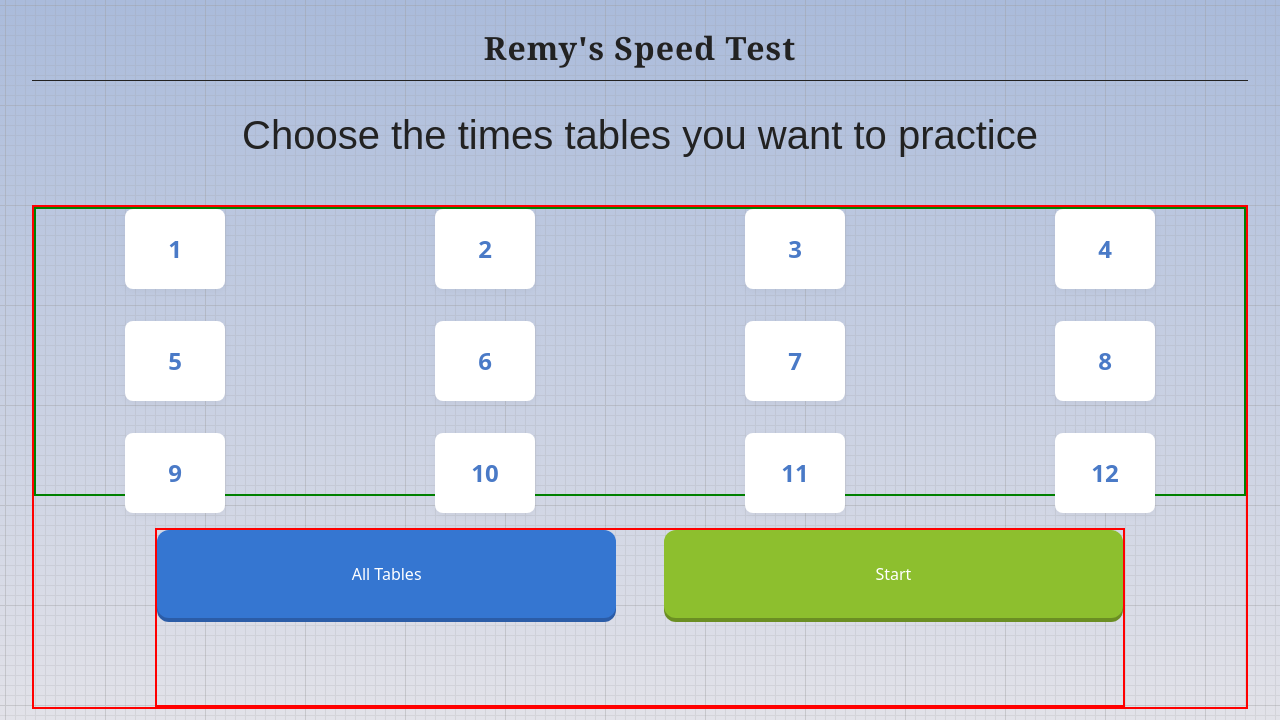
Repository: Chinurum-Omenuko/remys-speed-test
Page: / (app in app/)
These files come from the project's save history. The page is drawn as it stood at one moment and after the next save; the edit follows.
The browser window is 1280 px wide. The pictures show the whole page.
The project was rebuilt for these pictures with package versions that can differ from the ones it lists, and the page was loaded fresh each time. The framework's server and built-in components were replaced by stand-ins that run in the browser. Also part of the build but not shown: app/svelte.config.js, app/vite.config.ts.

Above is the page before, as saved 2025-11-17 21:02:41.

### app/src/routes/+page.svelte

<script lang="ts">
	import { goto } from "$app/navigation";
	import { GameStore } from "../stores/gameStore.svelte";

	let store = GameStore;
	let chosenTables = store.getTables()
	const tables = Array.from({ length: 12 }, (_, i) => i + 1);

	function selectTable(table: number) {
		store.addTables(table)
	}

	function allTables(){
		tables.forEach(table => {
			let index = chosenTables.indexOf(table)
			if(!chosenTables.includes(table)){
				selectTable(table)
				return
			}
			chosenTables.splice(index, 1)
		});
	}


	function start() {
		store.generateQuestions(chosenTables)
		goto("/test")
	}



	function lastResults() {
		alert('Show last results');
	}
</script>
<div class="landing-bg">
	<div style="padding: 1.5rem 2rem 0 2rem;">
		<h1 class="title">Remy's Speed Test</h1>
		<div class="dotted"></div>
		<h2 class="subtitle">Choose the times tables you want to practice</h2>
		<div class="content">
			<div class="tables-grid">
				{#each tables as table}
					<button
						type="button"
						class="table-btn {chosenTables.includes(table) ? 'selected' : ''}"
						on:click={() => {

							selectTable(table)
							}}
						aria-pressed={chosenTables[table] === table}
					>
						{table}
					</button>
				{/each}
			</div>
			<div class="actions">

				{#if chosenTables.length == 12}
					<button class="red-btn btn bg-red-500" on:click={allTables}>Deselect All Tables</button>
				{:else}
					<button class="blue-btn btn" on:click={allTables}>All Tables</button>
				{/if}

				<button class="green-btn btn" on:click={start}>Start</button>
			</div>
		</div>
	</div>
</div>

<style>
	* {
 		min-height: 0;
	}

	.landing-bg {


		background-image:url("data:[embedded picture, 1695 characters]"), linear-gradient(180deg, #aabbdb, #e2e2e9);
		min-height: 100vh;
		max-width: 100vw;
		padding: 0;
		margin: 0;
	}
	.title {
		font-size: 2rem;
		font-weight: 700;
		margin: 0 0 0.5rem 0;
		letter-spacing: 1px;
		color: #222;
		font-family: Georgia, 'Times New Roman', Times, serif;
		text-align: center;
	}
	.dotted {
		border-bottom: 1px solid #222;
		margin-bottom: 1.5rem;
	}
	.subtitle {
		font-size: clamp(1rem, 5vw, 2.5rem);
		font-weight: 100;
		margin-bottom: 2.5rem;
		text-align: center;
		color: #222;
		font-family: Arial, Helvetica, sans-serif;
	}

	.content{
		display: flex;
		flex-direction: column;
		/* border: solid 2px red; */
		justify-content: start;
		align-items: center;
		max-width: 100vw;
		min-height: 50vh;
	}
	.tables-grid {
		display: grid;
		grid-template-columns: repeat(6, 1fr);
		gap: 2rem;
		/* border: solid 2px green; */
		width: 100%;
	}
	.table-btn {
		background: #fff;
		border-radius: 8px;
		font-size: 2.5rem;
		font-weight: 700;
		color: #4a7ac7;
		width: 60%;
		height: 100%;
		display: flex;
		align-items: center;
		justify-content: center;
		cursor: pointer;
		transition: box-shadow 0.2s, border 0.2s;
		margin: 0 auto;
		box-shadow: 0 2px 8px rgba(0,0,0,0.04);
	}
	.table-btn.selected {
		border: 3px solid #2e5eaa;
		background: #eaf1ff;
		color: #2e5eaa;
	}
	.actions {
		display: flex;
		justify-content: space-between;
		align-items: stretch;
		max-width: 1200px;
		min-width: 50%;
		margin: 2rem auto 0 auto;
		flex-direction: row;

	}

	.btn {
		width: 80%;
		height: 50%;
		color: #fff;
		border-radius: 12px;
		padding: 1rem 2.5rem;
		cursor: pointer;
		margin-bottom: 0.5rem;
		display: -webkit-box;
		-webkit-line-clamp: 1; /* number of lines */
		-webkit-box-orient: vertical;
		overflow: hidden;
		white-space: nowrap;
		text-overflow: ellipsis;
	}
	.blue-btn {
		background:  #3576d1;
		border: none;
		box-shadow: 0 4px 0 #2b5ca7;
		transition: background 0.2s;
		font-size: 1em;
	}
	.blue-btn:active {
		background: #3576d1;
	}
	.green-btn {
		background: #8dbf2e;
		border: none;
		box-shadow: 0 4px 0 #6b8e23;
		margin-left: 1rem;
		transition: background 0.2s;
	}
	.green-btn:active {
		background: #8dbf2e;
	}

	/* 640px: small tablet */
	@media (min-width: 340px) and (max-width: 640px){
		.content{
			height: 70vh;
			display: flex;
			flex-direction: column;
			justify-content: space-around;

		}
		.title{
			font-size: 20px;
		}
		.tables-grid {
			grid-template-columns: repeat(2, 1fr);
			height: 100%;

		}
		.table-btn {
			font-size: 1.5rem;
			height: 100%;
			border-radius: 30cap;
		}
		.actions {
			flex-direction: row;
			align-items: stretch;
			gap: 2rem;
			width: 80vw;
			height: 30%;
		}
	}
	@media (min-width: 640px) {
		.tables-grid {
			grid-template-columns: repeat(3, 1fr);
		}
	}

	/* 768px: tablet portrait */
	@media (min-width: 768px) {
		.tables-grid {
			grid-template-columns: repeat(4, 1fr);
			border: solid 2px green;
			height: 70%;
		}
		.content{
			border: solid 2px red;
			height: 70vh;
		}
		.table-btn {
			width: 100px;
			height: 80px;
			font-size: 1.5rem;
		}
		.actions {
			flex-direction: row;
			align-items: stretch;
			gap: 2rem;
			border: solid 2px red;
			width: 80%;
			height: 30vh;
		}
	}

	/* 1024px: tablet landscape / small laptop */
	/* @media (min-width: 1024px) {
		.tables-grid {
			grid-template-columns: repeat(4, 1fr);
		}
		.table-btn {
			width: 140px;
			height: 110px;
			font-size: 2rem;
		}
		.actions {
			flex-direction: row;
			align-items: center;
			gap: 1rem;
		}
	} */

	/* @media (min-width: 1200px) and (max-height: 700px) {

	} */


	/* 1280px: laptop */
	/* @media (min-width: 1280px) {} */

	/* 1536px: large desktop */
	/* @media (min-width: 1536px) {} */




</style>

### app/src/stores/gameStore.svelte.ts
import { writable } from "svelte/store";
import { createQuestions } from "../utils/gameUtils";

function createGameStore(){
    let allQuestions = $state<any[]>([])
    let selectedTables: number[] = $state([])


    return{
        selectedTables,
        get allQuestions(){
            return allQuestions;
        },
        clearSelectedTables: () => {
            selectedTables = []
        },
        getTables: () => selectedTables,
        addTables: (table: number) => {
            let index = selectedTables.indexOf(table)

            if(!selectedTables.includes(table)){
                selectedTables.push(table)
                return
            }

            selectedTables.splice(index,1)

        },
        generateQuestions: (table: number[]) => {
            let questions = createQuestions(table)

            let flat = Object.values(questions).flat();
            allQuestions = [...allQuestions, ...flat];


        },

        removeQuestions: () => allQuestions = []
    }
}

export const GameStore = createGameStore()

### app/src/utils/gameUtils.ts
function makeQuestionObject(table: number){
    let questionsObjectArray = []
    for (let i = 1; i <= 12; i++){
        let question = {
            id: table + '-' + i,
            table: table,
            multiplier: i,
            question: `${table} x ${i}`,
            answer: table * i
        };
        questionsObjectArray.push(question);
    }
    return questionsObjectArray;
}

export function createQuestions(timeTable: number[]){
    let questions = {};

    timeTable.forEach(table => {
        let objectArray = makeQuestionObject(table)
        questions[table] = objectArray
    });
    return questions
}

Loaded but not shown: app/src/app.html (common file); app/src/routes/+layout.svelte (common file); app/src/app.css (common file)

After the next save:
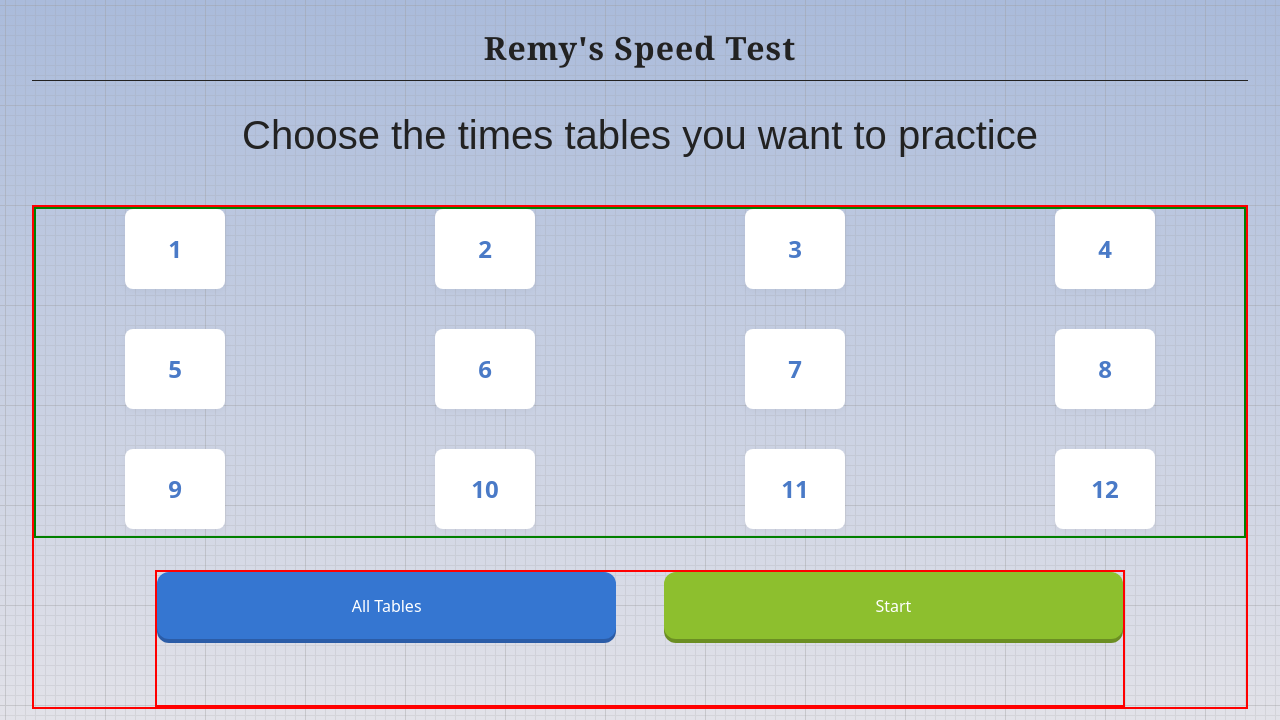
Saved 4 s later.
--- a/app/src/routes/+page.svelte
+++ b/app/src/routes/+page.svelte
@@ -247,7 +247,7 @@
 			gap: 2rem;
 			border: solid 2px red;
 			width: 80%;
-			height: 30vh;
+			height: 20vh;
 		}
 	}
 
